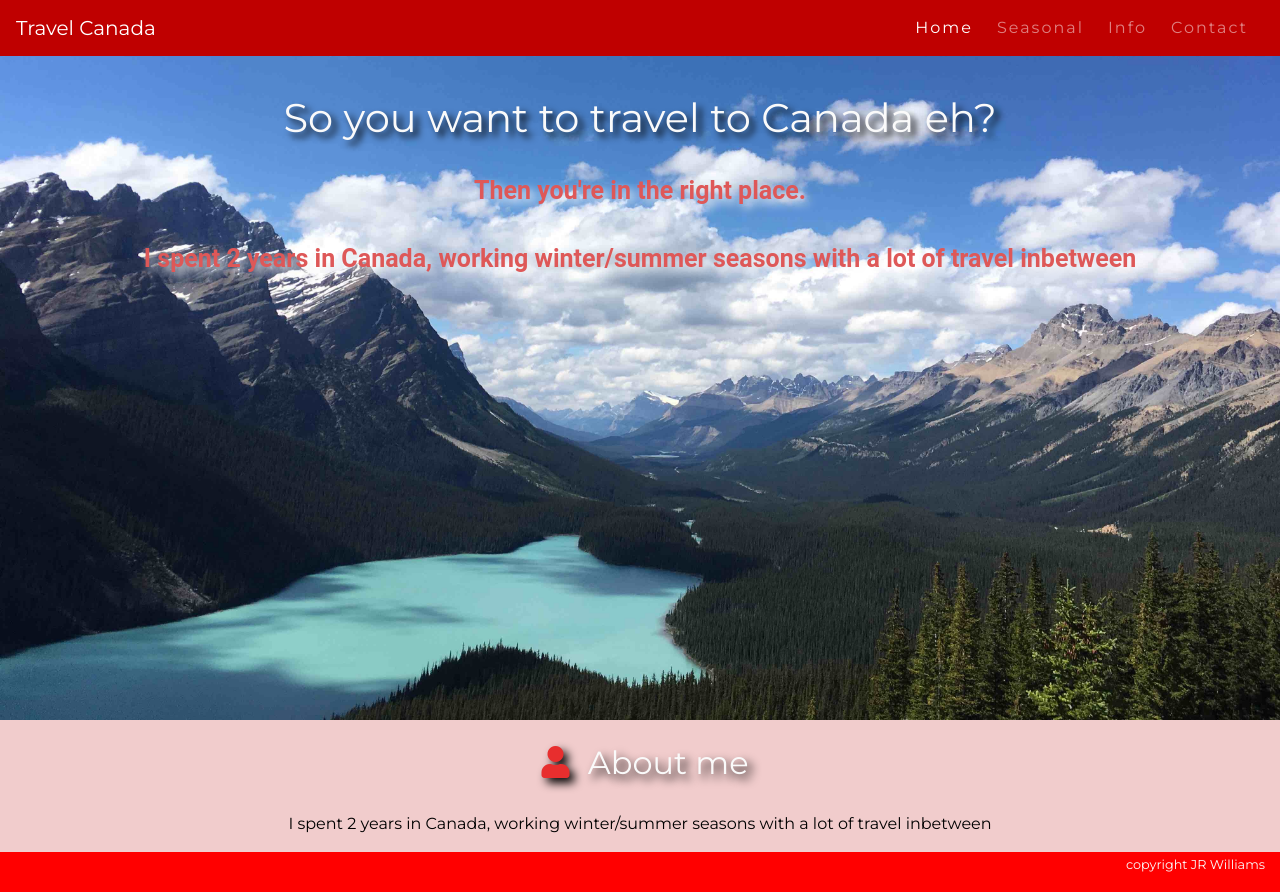
Repository: JonWil91/Travel-Canada
Page: index.html
The author's editor kept a record of every edit. The page is drawn from the files as they stood at one moment, then again after the next edit.
The browser window is 1280 px wide. The pictures show the whole page.
Backgrounds fixed to the window are drawn as part of the page. Some web libraries are served in a nearby version.

Above is the page before.

### index.html
<!DOCTYPE html>
<html lang="en">

<head>
    <meta charset="UTF-8">
    <meta name="viewport" content="width=device-width, initial-scale=1.0">
    <meta http-equiv="X-UA-Compatible" content="ie=edge">
    <title>Travel Canada</title>
    <link rel="stylesheet" href="https://stackpath.bootstrapcdn.com/bootstrap/4.3.1/css/bootstrap.min.css" integrity="sha384-ggOyR0iXCbMQv3Xipma34MD+dH/1fQ784/j6cY/iJTQUOhcWr7x9JvoRxT2MZw1T" crossorigin="anonymous">
    <link href="https://fonts.googleapis.com/css?family=Montserrat:200,400,500i&display=swap" rel="stylesheet">
    <link rel="stylesheet" href="https://use.fontawesome.com/releases/v5.6.1/css/all.css" integrity="sha384-gfdkjb5BdAXd+lj+gudLWI+BXq4IuLW5IT+brZEZsLFm++aCMlF1V92rMkPaX4PP" crossorigin="anonymous">
    <link rel="stylesheet" href="css/style.css" type="text/css" />


    <body>

        <!-- navbar -->

        <div class="container-fluid navalert-container">
            <nav class="navbar navbar-dark navbar-expand-sm navbar-fixed-top">
                <a href="index.html" class="navbar-brand">Travel Canada</a>
                <button class="navbar-toggler ml-auto" type="button" data-toggle="collapse" data-target="#navbarNavDropdown" aria-controls="navbarNavDropdown" aria-expanded="false" aria-label="Toggle
        navigation">
            <span class="navbar-toggler-icon"></span>
        </button>
                <div class="collapse navbar-collapse" id="navbarNavDropdown">
                    <ul class="navbar-nav ml-auto">
                        <li class="active nav-item mr-2"><a class="nav-link" href="index.html">Home</a></li>
                        <li class="nav-item mr-2"><a class="nav-link" href="seasonal.html">Seasonal</a></li>
                        <li class="nav-item mr-2"><a class="nav-link" href="info.html">Info</a></li>
                        <li class="nav-item mr-2"><a class="nav-link" href="contact.html">Contact</a></li>

                    </ul>
                </div>
            </nav>
        </div>

        <!-- /navbar -->

        <!-- landing page -->


        <div class="container-fluid callout-container">
            <!-- Callout -->
            <div class="row">
                <div class="col-12">
                    <section class="callout jumbotron text-center">
                        <h1 class="jumbotron-header">So you want to travel to Canada eh?</h1>
                        <p class="lead">Then you're in the right place.</p>
                        <p class="lead">I spent 2 years in Canada, working winter/summer seasons with a lot of travel inbetween</p>
                    </section>
                </div>
            </div>
        </div>

        <!--/landing page-->

        <!-- about me -->

        <div class="container-fluid text-center">
            <div class="row">
                <div class="col-12">
                    <h2 class="about-me"><i class="fas fa-user icon my-3"></i> About me</h2>
                    <p class="about-me-text">
                        I spent 2 years in Canada, working winter/summer seasons with a lot of travel inbetween
                    </p>
                </div>
            </div>
        </div>

        <!-- /about me -->

        <!-- footer -->

        <div class="container-fluid footer">
            <div class="row">
                <div class="col-12">
                    <p class="ml-auto"><small>copyright JR Williams</small></p>

                </div>
            </div>
        </div>


        <!-- /footer -->











        <script src="https://code.jquery.com/jquery-3.3.1.slim.min.js" integrity="sha384-q8i/X+965DzO0rT7abK41JStQIAqVgRVzpbzo5smXKp4YfRvH+8abtTE1Pi6jizo" crossorigin="anonymous"></script>
        <script src="https://cdnjs.cloudflare.com/ajax/libs/popper.js/1.14.7/umd/popper.min.js" integrity="sha384-UO2eT0CpHqdSJQ6hJty5KVphtPhzWj9WO1clHTMGa3JDZwrnQq4sF86dIHNDz0W1" crossorigin="anonymous"></script>
        <script src="https://stackpath.bootstrapcdn.com/bootstrap/4.3.1/js/bootstrap.min.js" integrity="sha384-JjSmVgyd0p3pXB1rRibZUAYoIIy6OrQ6VrjIEaFf/nJGzIxFDsf4x0xIM+B07jRM" crossorigin="anonymous"></script>






    </body>

### css/style.css
body {
    font-family: 'Montserrat', sans-serif;
    background-color: #f1cccc;
}


/* Navbar */

.navalert-container {
    position: absolute;
    top: 0;
    left: 0;
    padding-left: 0;
    padding-right: 0;
    z-index: 1;
    background-color: #ff0000;
}

.navbar {
    margin-bottom: 0;
    border: 0;
    width: 100%;
    background-color: rgba(0, 0, 0, 0.25);
}

.navbar-toggler {
    border: none;
    background-color: transparent;
}

.navbar-brand {
    font-weight: 500;
}

.navbar-nav {
    letter-spacing: 2px;
}


/* /navbar */

/* landing page */

.callout-container {
    height: 100vh;
    background: url("../images/canada-landing-page.jpg") no-repeat bottom right fixed;
    -webkit-background-size: cover;
    -moz-background-size: cover;
    -o-background-size: cover;
    background-size: cover;

    display: flex;
    justify-content: center;
    position: relative;
}



.jumbotron {
    background-color: transparent;
    margin-top: 30px;
    color: #fafafa;
}

.jumbotron-header {
    font-size: 40px;
    color: #fafafa;
    text-shadow: 5px 5px 7px black;
}

.lead {
    margin-top: 30px;
    color: #de5858;
    font-family: 'Roboto', sans-serif;
    font-weight: 600;
    font-size: 25px;
    text-shadow: 5px 5px 10px #fafafa;

}

.about-me {
    color: #fafafa;
    text-shadow: 5px 5px 10px black;
}

.about-me-text {
    color: black;
}


/* /landing page */

/* seasonal */

.title-container {
    display: flex;
    justify-content: center;
    position: relative;
}

.container-subheading {
    display: flex;
    justify-content: center;
    position: relative;
}

.img-fluid {
    width: 100vh;
    height: 65vh;
    border-radius: 20px;
}


.icon {
    color: #e82e2e;
    padding: 10px;
    transition: all 0.3s ease 0s;
}

.icon:hover {
    color: #f59e42;
}

.season-title {
    padding: 0 0 20px 0;

}

.season-section {
    font-size: 18px;
    padding: 10px;
}

.card-header {
    justify-content: center;
    display: flex;
    background-color: transparent;
    border: none;
    text-decoration: none;
}

button {
    text-decoration: none;
}

.btn-link {
    font-size: 25px;
}

.btn-link:hover,
.btn-link:active,
.btn-link:focus {
    text-decoration: none;
    background-color: #ff0000;
    color: #fafafa;
    font-size: 25px;
    border-radius: 5px;
}


/* /seasonal */


/* Info */


.title {
    color: #fafafa;
}

.timeline-item {
    padding: 4em 2em 0em 2em;
    position: relative;
    color: red;
    border-left: 1px solid;
}

.timeline-item p {
    padding: 0;
    margin: 0;
}

.timeline-item:before {
    content: attr(data-dates);
    position: absolute;
    left: 2.5em;
    top: 3em;
    display: block;
    font-family: "Exo", sans-serif;
    font-weight: 500;
    font-size: 0.8em;
    padding: 0;
    margin: 0;
}

.timeline-item:after {
    width: 12px;
    height: 12px;
    display: block;
    top: 2.4em;
    position: absolute;
    left: -6px;
    border-radius: 12px;
    content: '';
    background-color: #fafafa;
}

.history-items {
    margin-bottom: 30px;
}

.extra-info {
    color: red;
}

.card,
.card-reader {
    background-color: transparent;
    border: none !important;
    padding: 0;
    margin-bottom: 20px;
}

.flag-picture {
    width: 90vh;
    height: 65vh;
    border-radius: 20px;
    margin-top: 90px
}

/* /Info */

/* Contact */

.contact-box {
    height: 50px;
}

.contact-button {
    background-color: #ff0000;
}


/* /Contact */

/* Footer */

.footer {
    background-color: #ff0000;
    color: #fafafa;
    float: right;
}

.footer-contact {
    background-color: #ff0000;
    color: #fafafa;
    float: right;
    position: absolute;
    bottom: 0;
}

.ml-auto {
    float: right;
}

/* /footer */

After the next edit:
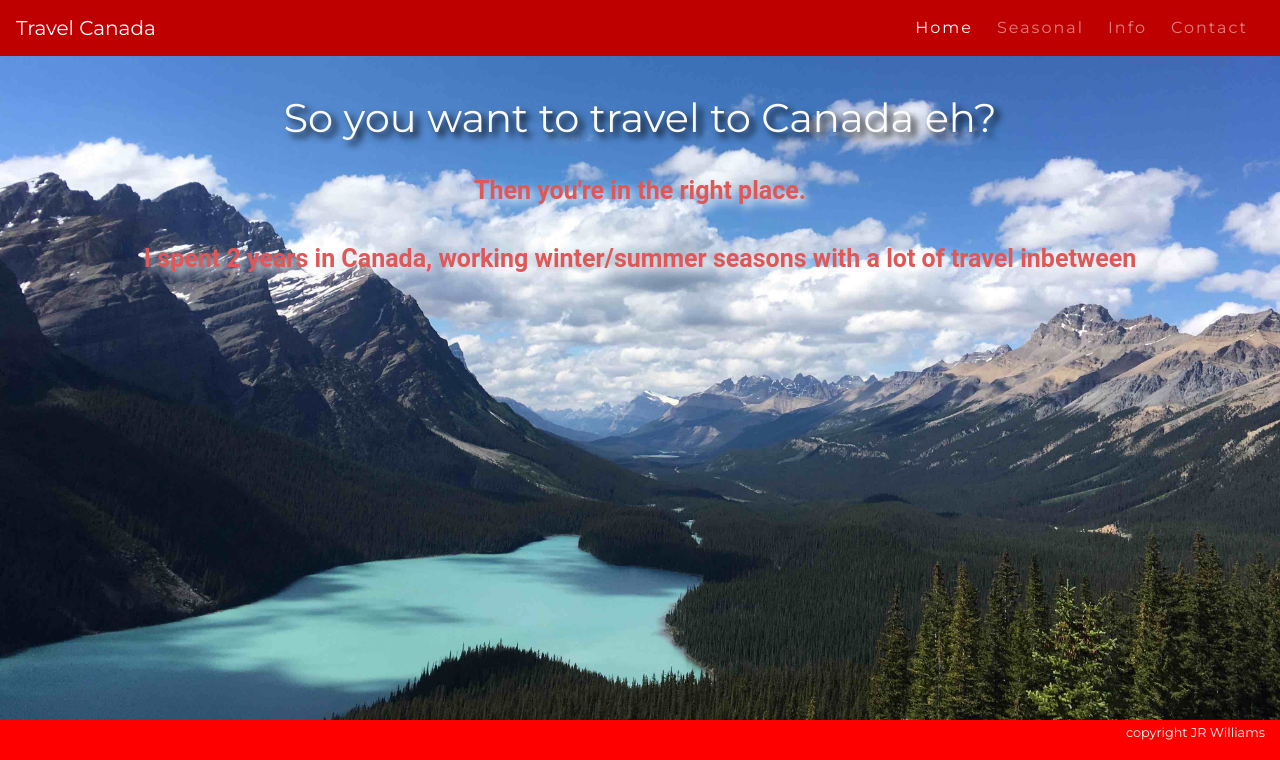
The edit:
--- a/index.html
+++ b/index.html
@@ -55,20 +55,7 @@
 
         <!--/landing page-->
 
-        <!-- about me -->
 
-        <div class="container-fluid text-center">
-            <div class="row">
-                <div class="col-12">
-                    <h2 class="about-me"><i class="fas fa-user icon my-3"></i> About me</h2>
-                    <p class="about-me-text">
-                        I spent 2 years in Canada, working winter/summer seasons with a lot of travel inbetween
-                    </p>
-                </div>
-            </div>
-        </div>
-
-        <!-- /about me -->
 
         <!-- footer -->
 
